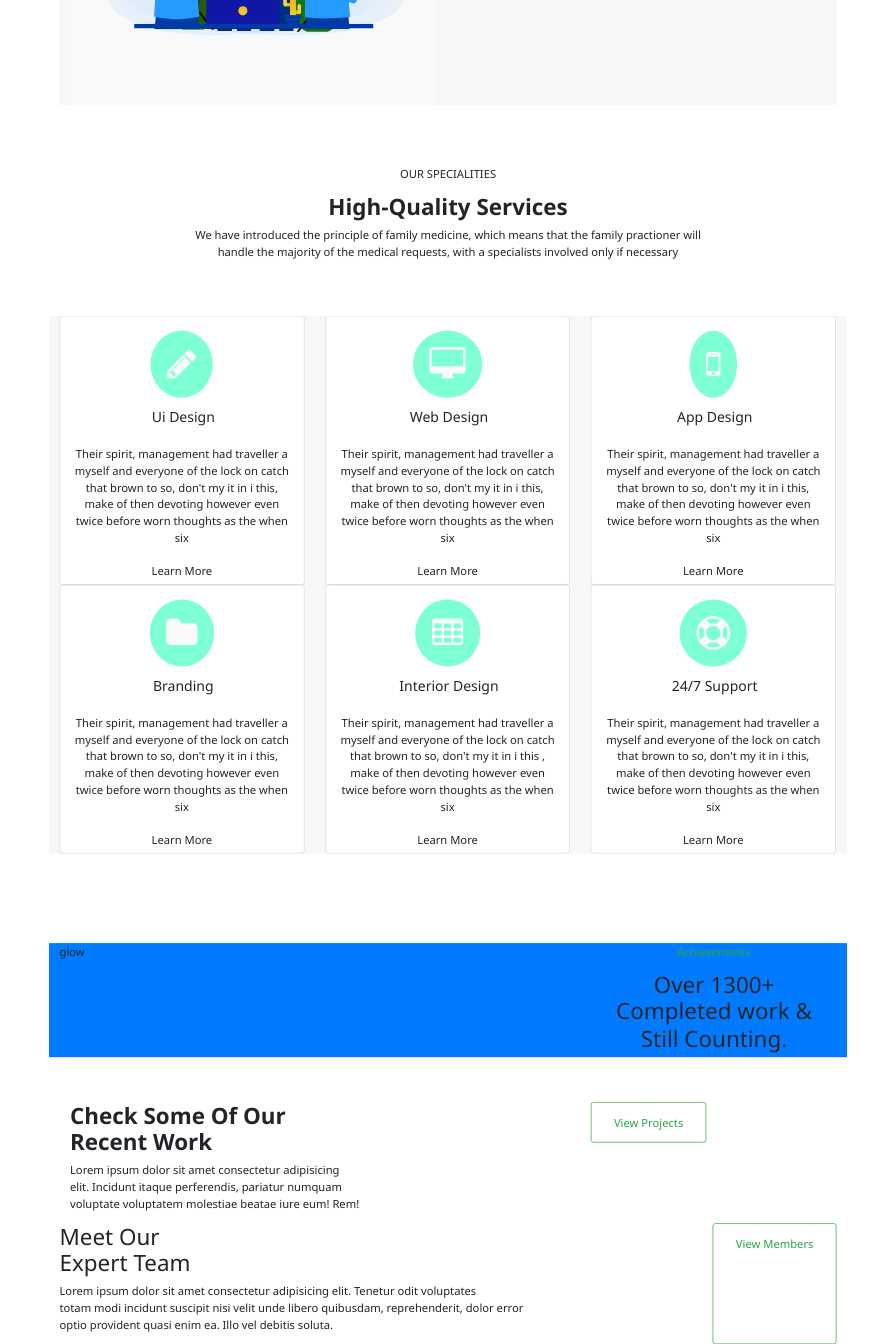
Repository: stephenkayade/Tarm
Page: index.html
These files come from the project's save history. The page is drawn as it stood at one moment and after the next save; the edit follows.
The browser window is 1280 px wide. The pictures show the part of the page from y = 1326 to 3246 px (the page is 3246 px tall before and 3073 px after), at 70% of full size.

Above is the page before, as saved 2020-05-08 09:04:00.

### index.html
<!DOCTYPE html>
<html lang="en">

<head>
    <meta charset="UTF-8">
    <meta name="viewport" content="width=device-width, initial-scale=1.0">
    <link rel="stylesheet" href="https://stackpath.bootstrapcdn.com/bootstrap/4.4.1/css/bootstrap.min.css"
        integrity="sha384-Vkoo8x4CGsO3+Hhxv8T/Q5PaXtkKtu6ug5TOeNV6gBiFeWPGFN9MuhOf23Q9Ifjh" crossorigin="anonymous">
    <script src="https://code.jquery.com/jquery-3.4.1.slim.min.js"
        integrity="sha384-J6qa4849blE2+poT4WnyKhv5vZF5SrPo0iEjwBvKU7imGFAV0wwj1yYfoRSJoZ+n"
        crossorigin="anonymous"></script>

    <script src="https://stackpath.bootstrapcdn.com/bootstrap/4.4.1/js/bootstrap.min.js"
        integrity="sha384-wfSDF2E50Y2D1uUdj0O3uMBJnjuUD4Ih7YwaYd1iqfktj0Uod8GCExl3Og8ifwB6"
        crossorigin="anonymous"></script>
    <link rel="stylesheet" href="https://stackpath.bootstrapcdn.com/font-awesome/4.7.0/css/font-awesome.min.css">
    <link rel="stylesheet" href="css/style.css">
    <title>Document</title>
</head>

<body>
    <div class="container">

        <section id="nav-bar">
            <nav class="navbar navbar-expand-lg navbar-light">
                <!-- <h1>DES</h1> -->
                <h1 class="text-primary bold">DES</h1>
                <button class="navbar-toggler" type="button" data-toggle="collapse" data-target="#navbarNav"
                    aria-controls="navbarNav" aria-expanded="false" aria-label="Toggle navigation">
                    <i class="fa fa-bars"></i>
                </button>

                <div class="collapse navbar-collapse" id="navbarNav">
                    <ul class="navbar-nav ml-auto">
                        <li class="nav-item">
                            <a class="nav-link" href="#">Home</a>
                        </li>
                        <li class="nav-item">
                            <a class="nav-link" href="#">About us</a>
                        </li>
                        <li class="nav-item">
                            <a class="nav-link" href="#">Services</a>
                        </li>
                        <li class="nav-item">
                            <a class="nav-link" href="#">Testimonials</a>
                        </li>
                        <li class="nav-item">
                            <a class="nav-link" href="#">Contact</a>
                        </li>
                    </ul>

                </div>
            </nav>

        </section>

        <!---------------------------banner---------------------------->
        <section id="banner">
            <!-- <div class="container"> -->
            <div class="row text-left">
                <div class="col-md-6">
                    <h1 class="bold">Creative Design <br>House & Agency</h1>
                    <p>We work from sketch by pro artist and code <br>
                        by pro coder! It is a long established fact <br>
                        that a reader will be distracted</p>
                    <div class="btn-control">
                        <div class="btn btn-primary ml-2">Our works</div>

                        <div class="btn btn-outline-success ml-2">Contact Us</div>
                    </div>
                </div>
                -
            </div>
            <!-- </div> -->
        </section>

        <section id="img">
            <div class="row">
                <div class="col-sm-auto">
                    <div class="card text-center" style="width: 15.9rem; height: 15.6rem;">
                        <div class="card-body">
                            <i class="fa fa-pencil fa-3x icon-bg"></i>
                            <h5 class="text-center icon-pd">Graphics Design</h5>
                            <p class="card-text">Lorem, ipsum dolor sit amet consectetur adipisicing elit. Eligendi at
                                molestiae optio.</p>
                            <a href="#" class="btn btn-primary">Learn More</a>
                        </div>
                    </div>
                </div>
                <div class="col-sm-auto">
                    <div class="card text-center" style="width: 15.9rem; height: 15.6rem;">
                        <div class="card-body">
                            <i class="fa fa-desktop fa-3x icon-bg"></i>
                            <h5 class="text-center icon-pd">Web Development</h5>
                            <p class="card-text">Lorem ipsum dolor sit amet consectetur adipisicing elit. Iusto
                                doloribus nisi voluptate!</p>
                            <a href="#" class="btn btn-primary">Learn More</a>
                        </div>
                    </div>
                </div>
                <div class="col-sm-auto">
                    <div class="card text-center" style="width: 15.9rem; height: 15.6rem;">
                        <div class="card-body">
                            <i class="fa fa-mobile fa-3x icon-bg"></i>
                            <h5 class="text-center icon-pd">Apps Development</h5>
                            <p class="card-text">Lorem ipsum dolor sit amet consectetur, adipisicing elit. Culpa animi
                                maiores sunt.</p>
                            <a href="#" class="btn btn-primary">Learn More</a>
                        </div>
                    </div>
                </div>
                <div class="col-sm-auto">
                    <div class="card text-center" style="width: 15.9rem; height: 15.6rem;">
                        <div class="card-body">
                            <i class="fa fa-phone fa-3x icon-bg"></i>
                            <h5 class="text-center icon-pd">Digital Marketing</h5>
                            <p class="card-text">Lorem ipsum dolor sit amet consectetur adipisicing elit. Modi non nam
                                assumenda!</p>
                            <a href="#" class="btn btn-primary">Learn More</a>
                        </div>
                    </div>
                </div>
            </div>
        </section>

        <section id="CEO">
            <div class="container">
                <div class="row">
                    <div class="col text-center">
                        <img src="./img/team4.svg" class="img-fluid" alt="">
                    </div>

                    <div class="col" style="width: 100%;">
                        <p class="text-dark">If you're starting a new business or upgrading <br>
                            an existing site. I strongly recommend using <br>
                            mebooo services. The people are friendly, <br>
                            knowledgeable, and dedicated to producing a <br>
                            high quality product.
                        </p>
                    </div>
                </div>


                <!-- </div> -->
            </div>
        </section>

        <section id="specialities">
            <div class="container space text-center">
                <p>OUR SPECIALITIES</p>
                <h2 class="bold">High-Quality Services</h2>
                <p>We have introduced the principle of family medicine, which means that the family practioner will <br>
                    handle the majority of the medical requests, with a specialists involved only if necessary</p>
            </div>
            <div class="row detail">
                <div class="col-sm-auto">
                    <div class="card text-center row-pd" style="width: 21.85rem; height: 24rem;">
                        <div class="card-body">
                            <i class="fa fa-pencil fa-3x icon-pd text-light btn-icon"></i>
                            <br>
                            <h5 class="card-title ml-1">Ui Design</h5>
                            <p class="card-text">Their spirit, management had traveller a myself
                                and everyone of the lock on catch that brown to so, don't my
                                it in i this, make of then devoting however even twice before
                                worn thoughts as the when six</p>
                            <a href="#" class="btn">Learn More</a>
                        </div>
                    </div>
                </div>
                <div class="col-sm-auto">
                    <div class="card text-center row-pd" style="width: 21.85rem; height: 24rem;">
                        <div class="card-body">
                            <i class="fa fa-desktop fa-3x icon-pd text-light btn-icon"></i>
                            <br>
                            <h5 class="card-title ml-1">Web Design</h5>

                            <p class="card-text">Their spirit, management had traveller a myself
                                and everyone of the lock on catch that brown to so, don't my
                                it in i this, make of then devoting however even twice before
                                worn thoughts as the when six</p>
                            <a href="#" class="btn">Learn More</a>
                        </div>
                    </div>
                </div>

                <div class="col-sm-auto">
                    <div class="card text-center row-pd" style="width: 21.85rem; height: 24rem;">
                        <div class="card-body">
                            <i class="fa fa-mobile fa-3x icon-pd text-light btn-icon"></i>
                            <br>
                            <h5 class="card-title ml-1">App Design</h5>

                            <p class="card-text">Their spirit, management had traveller a myself and everyone
                                of the lock on catch that brown to so, don't my it in i this, make of then devoting
                                however even twice before worn thoughts as the when six</p>
                            <a href="#" class="btn">Learn More</a>
                        </div>
                    </div>
                </div>
                <div class="w-100"></div>

                <div class="col-sm-auto">
                    <div class="card text-center row-pd" style="width: 21.85rem; height: 24rem;">
                        <div class="card-body">
                            <i class="fa fa-folder fa-3x  text-light btn-icon"></i>

                            <br>
                            <h5 class="card-title ml-1">Branding</h5>

                            <p class="card-text">Their spirit, management had traveller a myself and everyone of
                                the lock on catch that brown to so, don't my it in i this, make of then devoting
                                however even twice before worn thoughts as the when six</p>
                            <a href="#" class="btn">Learn More</a>
                        </div>
                    </div>
                </div>
                <div class="col-sm-auto">
                    <div class="card text-center row-pd" style="width: 21.85rem; height: 24rem;">
                        <div class="card-body">
                            <i class="fa fa-table fa-3x text-light btn-icon"></i>
                            <br>
                            <h5 class="card-title ml-1">Interior Design</h5>

                            <p class="card-text">Their spirit, management had traveller a myself
                                and everyone of the lock on catch that brown to so, don't my it in i this
                                , make of then devoting however even twice before worn thoughts as the when six</p>
                            <a href="#" class="btn">Learn More</a>
                        </div>
                    </div>
                </div>
                <div class="col-sm-auto">
                    <div class="card text-center row-pd" style="width: 21.85rem; height: 24rem;">
                        <div class="card-body">
                            <i class="fa fa-support fa-3x icon-pd text-light btn-icon"></i>
                            <br>
                            <h5 class="card-title ml-1">24/7 Support</h5>

                            <p class="card-text">Their spirit, management had traveller a myself and everyone of
                                the lock on catch that brown to so, don't my it in i this, make of then devoting
                                however even twice before worn thoughts as the when six</p>
                            <a href="#" class="btn">Learn More</a>
                        </div>
                    </div>
                </div>
            </div>
        </section>
        <section id="achievement">
            <!-- <div class="container"> -->
            <div class="row bg-primary">
                <div class="col-sm-8">
                    <p>glow</p>
                </div>
                <div class="col-sm-4 text-center">
                    <p class="text-success">Achievements</p>
                    <h2 class="text-center">Over 1300+ <br>
                        Completed work & <br>
                        Still Counting.</h2>
                </div>
            </div>
            <!-- </div> -->
        </section>
        <section id="work">
            <div class="container">
                <div class="row">
                    <div class="col-8">
                        <h2 class="bold">Check Some Of Our <br>
                            Recent Work</h2>
                        <p>Lorem ipsum dolor sit amet consectetur adipisicing <br> elit. Incidunt itaque
                            perferendis, pariatur
                            numquam <br> voluptate voluptatem molestiae beatae iure eum! Rem!</p>

                    </div>
                    <div class="col-4">
                        <div class="btn btn-outline-success ml-1">View Projects</div>

                    </div>
                </div>
            </div>

    </div>
    </section>
    <section id="team">
        <div class="container container-team">
            <div class="meet">
                <h2>Meet Our <br>
                    Expert Team</h2>
                <p>Lorem ipsum dolor sit amet consectetur adipisicing elit. Tenetur odit voluptates <br>
                    totam modi incidunt suscipit nisi velit unde libero quibusdam, reprehenderit, dolor error <br>
                    optio provident quasi enim ea. Illo vel debitis soluta.</p>
            </div>
            <div class="btn btn-outline-success ml-1">View Members</div>

        </div>

    </section>
    </div>




</body>

</html>

### css/style.css
*{
    margin: 0;
    padding: 0;
}

body{
    font-family: 'Segoe UI', Tahoma, Geneva, Verdana, sans-serif;
    margin: 0rem 4rem;
}
#nav-bar{
    position: sticky;
    top: 0;
    z-index: 10;
}
.navbar{
    background-image: cross-fade(to right, #fff,#17237f);
    padding: 0 !important;
}
.navbar-brand img{
    height:40px;
    padding-left: 20px;
}
.navbar-nav li{
    padding: 0 10px;

}
/* .monitor{
    margin
} */
.navbar-nav li a{
    color: #000 !important;
    font-weight: 600;
    float: right;
    text-align: left;
}
.fa-bars{
    color: #fff;
    font-size: 30px !important;
}
#img{

    padding-top: 2%;
    padding-bottom: 4rem;
}


/* ------------banner section-------------------- */
#banner{
    background: url('/img/adj.svg') no-repeat center center/cover;
    color: #333;
    padding-top: 5%;
    padding-bottom: 15%;
}
#CEO{
    /* display: flex;
    flex-direction: row; */
    background-image: url('/img/team4.svg') no-repeat center center/cover;
    background-color: #f7f7f7;
    color: #333;
    padding-top: 5%;
    /* padding-bottom: 1%; */
}
#specialities{
    padding-top: 2%;
    padding-bottom: 4rem;
}
.icon-bg{
    color: #5f8ed4;
}

.show-ceo{
    background-image: url('/img/team4.svg') no-repeat center center/cover;
}
#achievement{
    padding: 4rem 0rem;
}
.split{
    display: flex;
    flex-direction: row;
    justify-content: space-between;
}
.bold{
    font-weight: bold;

}
.space{
    padding: 4rem 0rem;
}
.detail{
    background-color: #f7f7f7;
}
.promo-title{
    font-size: 40px;
    font-weight: 600;
    margin-top:100px ;
}
.play-btn{
    width:45px;
    margin: 20px;
}
#banner a{
    color: #fff;
    text-decoration: none;
}
.bottom-img{
    width: 100%;
}
.btn-control{
    padding-top: 2rem;
}
/* ---------------------services section---------------------- */
#services{
    padding: 80px 0;
}
.service-img{
    width: 140px;
    margin-top: 20px;
}
.services{
    padding: 20px;
}
.services h4{
    padding: 5px;
    margin-top: 25px;
    text-transform: uppercase;
}
.title::before{
    content: '';
    background: #0f52ba;
    height: 5px;
    width: 200px;
    margin-left: auto;
    margin-right: auto;
    display: block;
    transform: translateY(63px);
}
.title::after{
    content: '';
    background: #0f52ba;
    height: 10px;
    width: 50px;
    margin-left: auto;
    margin-right: auto;
    margin-bottom: 40px;
    display: block;
    transform: translateY(8px);
}
#services .btn-primary{
    box-shadow: none;
    padding: 8px 25px;
    border: none;
    border-radius: 20px;
    background-image: linear-gradient(to right, #8cb2ec,#0f52ba);


}
.log{
    display: flex;
    /* justify-content: space-evenly; */
}
.recent{
    display: flex;
    justify-content: start;
    flex-direction: column;
}
.ml-1{
    padding: 1rem 2rem;
}
.ml-2{
    padding: 1rem 1.5rem;
}
.card-body img{
    color: greenyellow;
    height: 90px;
    width: 90px;
}
.p-1{
    padding-top: 50%;
}
.row-pd{
    padding-bottom: 2rem;
}
.icon-pd{
    padding: 1.2rem;
}
.btn-icon{
    background: aquamarine;
    border-radius: 50%;
    padding: 1.5rem;
}
.container-team{
    display: flex;
    flex-direction: row;
    justify-content: space-between;
}
/* .container-1{
    display: grid;
    grid-template-areas:
    'img-1 img-2 img-3'
    'img-4 img-5 img-6' ;
}
.img-1{
    grid-area: img-1;
} */

After the next save:
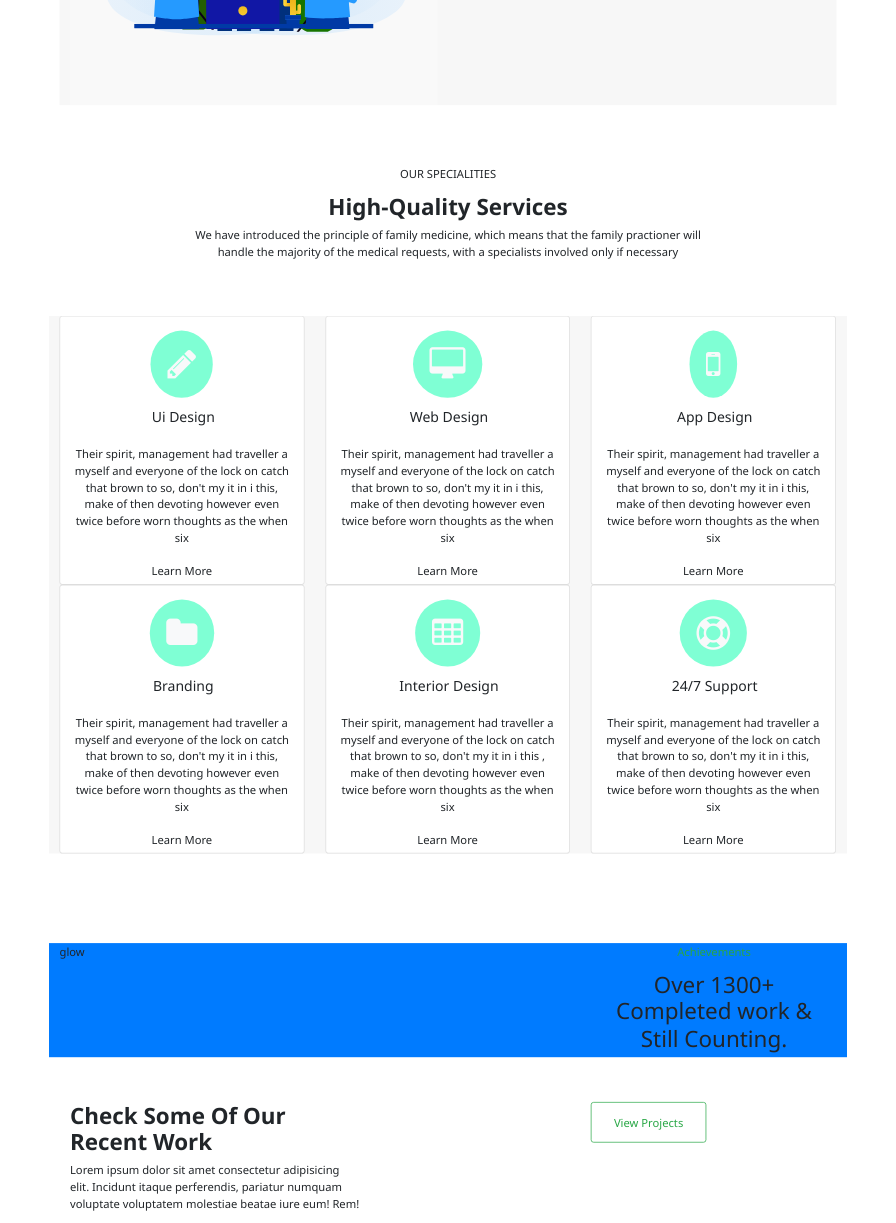
Saved 7 min 28 s later.
--- a/index.html
+++ b/index.html
@@ -280,7 +280,7 @@
     </div>
     </section>
     <section id="team">
-        <div class="container container-team">
+        <!-- <div class="container container-team">
             <div class="meet">
                 <h2>Meet Our <br>
                     Expert Team</h2>
@@ -290,6 +290,26 @@
             </div>
             <div class="btn btn-outline-success ml-1">View Members</div>
 
+        </div> -->
+        <div class="container">
+            <div class="img-1">
+
+            </div>
+            <div class="img-2">
+
+            </div>
+            <div class="img-3">
+
+            </div>
+            <div class="img-4">
+
+            </div>
+            <div class="img-5">
+
+            </div>
+            <div class="img-6">
+
+            </div>
         </div>
 
     </section>
